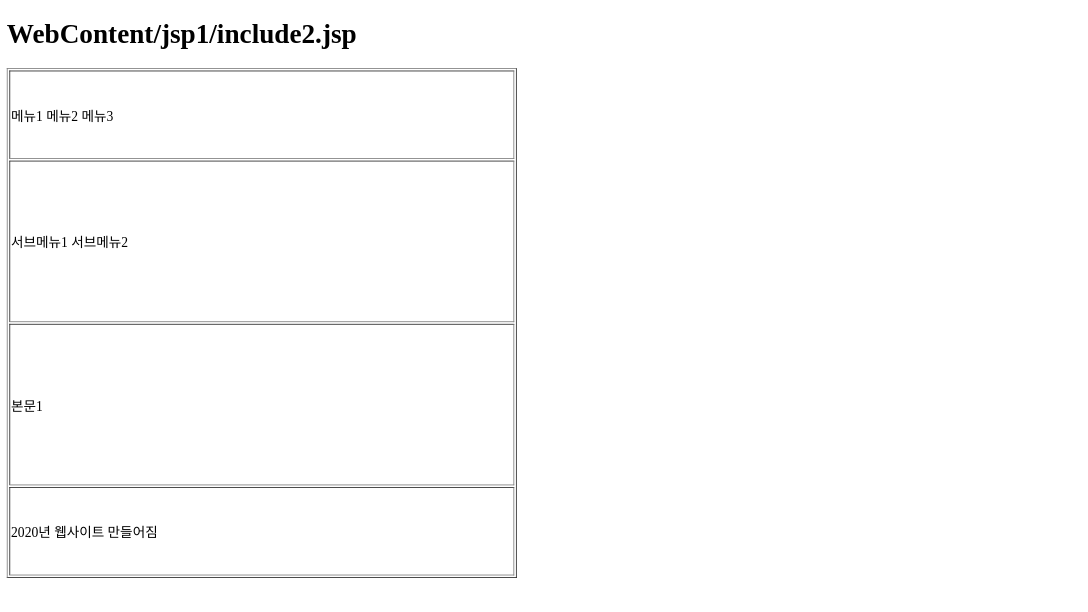
Repository: ReadStar/workspace_jsp
Page: http://localhost/StudyJSP/jsp1/include2.jsp
An editor plug-in stored every save of this project. The page is shown before and after the next save, followed by the edit.
The browser window is 1280 px wide. The pictures show the whole page, at 85% of full size.
The page is served by Tomcat 9.

Above is the page before, as saved 2020-08-13 03:03:19.

After the next save:
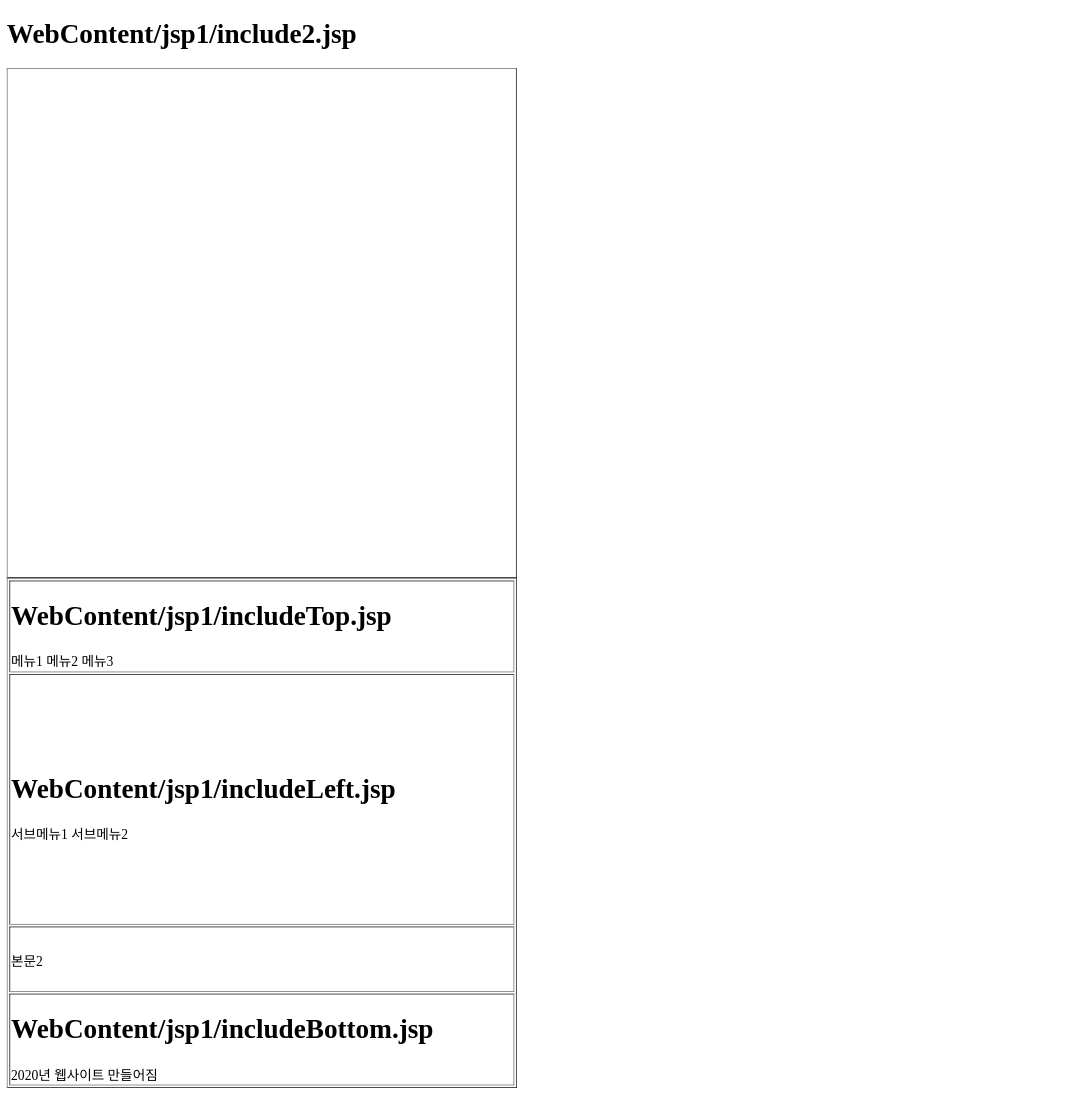
Saved 88 s later.
--- a/StudyJSP/WebContent/jsp1/include2.jsp
+++ b/StudyJSP/WebContent/jsp1/include2.jsp
@@ -9,10 +9,11 @@
 <body>
 <h1>WebContent/jsp1/include2.jsp</h1>
 <table border="1" width="600" height="600">
-<tr><td colspan="2" width="600" height="100"> 메뉴1 메뉴2 메뉴3</td></tr>
-<tr><td width="100" heigt="400">서브메뉴1 서브메뉴2</td></tr>
-				<td>본문1</td>
-<tr><td colspan="2" width="600" height="100">2020년 웹사이트 만들어짐</td></tr>
+<table border="1" width="600" height="600">
+<tr><td colspan="2" width="600" height="100"> <jsp:include page="includeTop.jsp"/></td></tr>
+<tr><td width="100" heigt="400"><jsp:include page="includeLeft.jsp"/></td></tr>
+				<td>본문2</td>
+<tr><td colspan="2" width="600" height="100"><jsp:include page="includeBottom.jsp"/></td></tr>
 </table>
 </body>
 </html>
